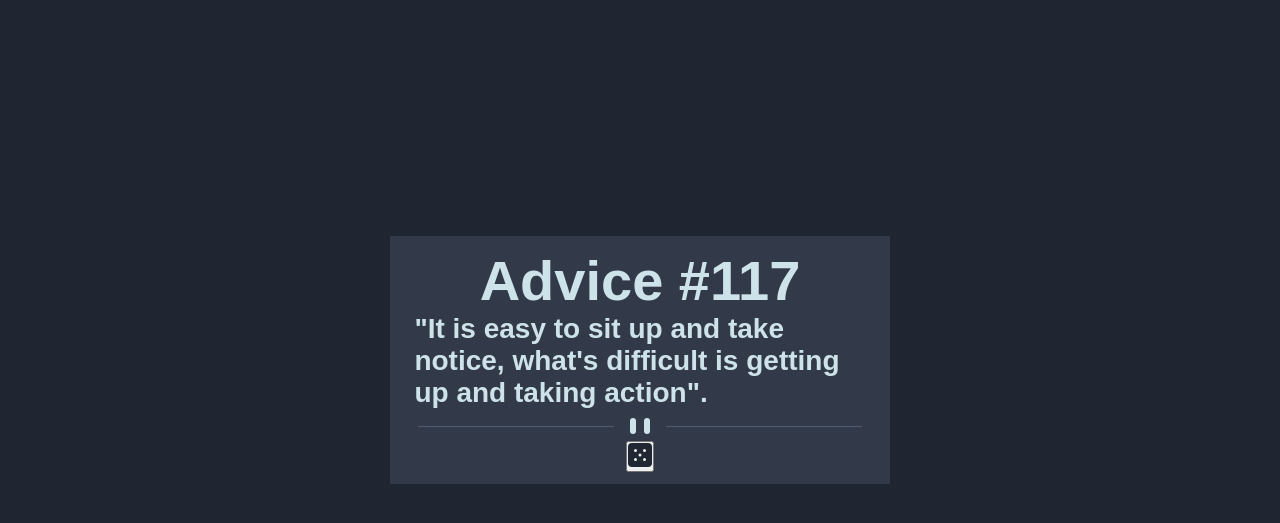
Repository: Daki-builds/advice-generator-app
Page: index.html
These files come from the project's save history. The page is drawn as it stood at one moment and after the next save; the edit follows.
The browser window is 1280 px wide. The pictures show the whole page.

Above is the page before, as saved 2026-10-08 18:27:36.

After the next save:
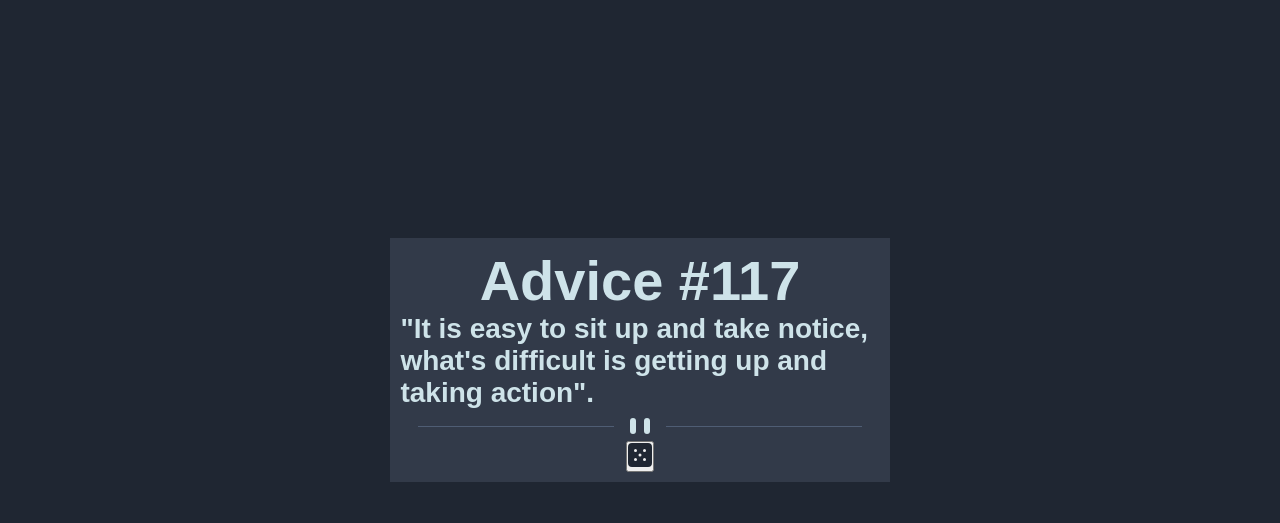
Saved 16 s later.
--- a/style.css
+++ b/style.css
@@ -33,6 +33,6 @@ body {
   display: flex;
   flex-direction: column;
   align-items: center;
-  padding: 12px 24px;
+  padding: 10px;
   width: 39%;
 }
